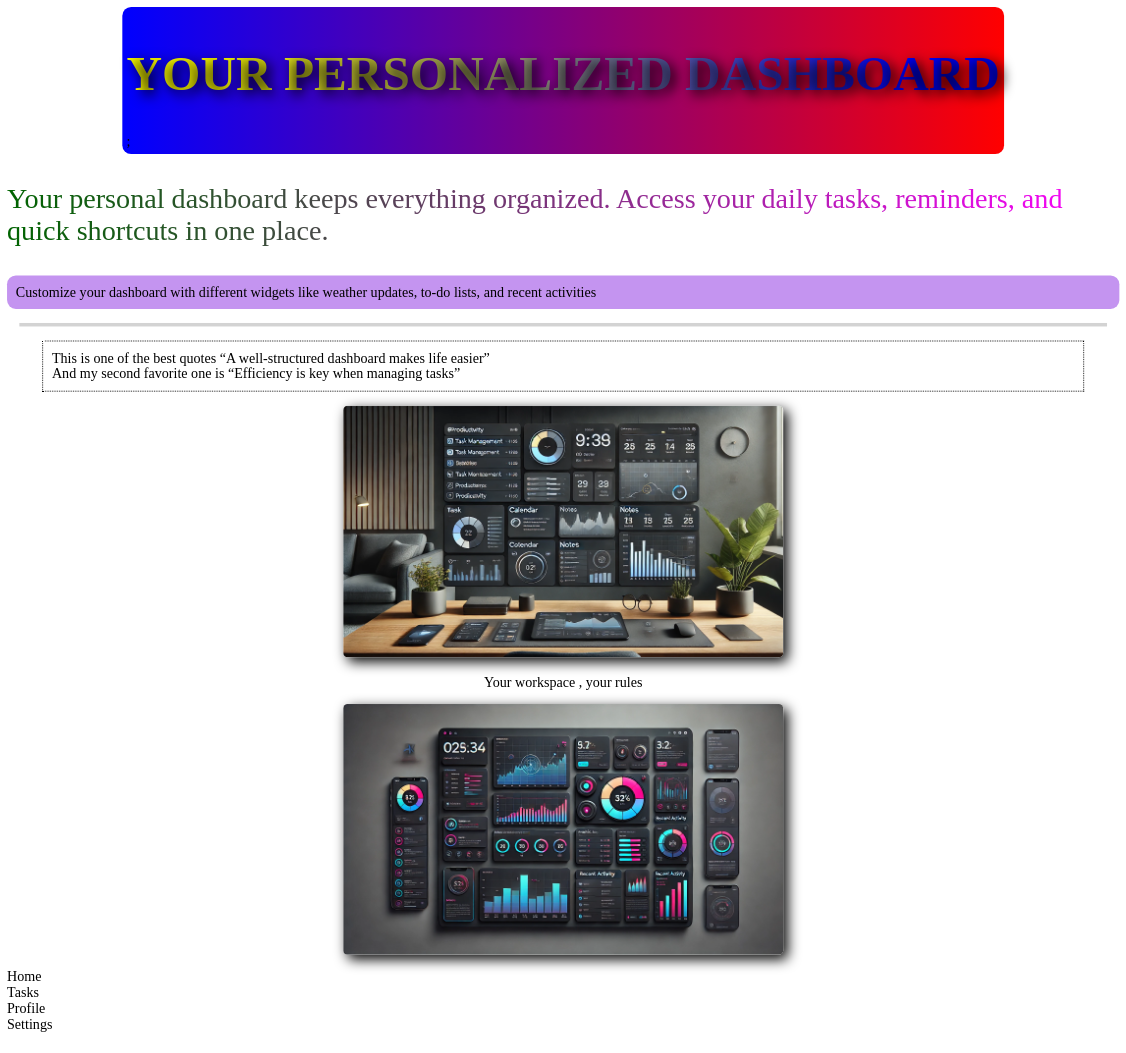
Repository: Parnicoza/testecomplete
Page: testcomplet-14.html
The author's editor kept a copy of each file at every save. The page is drawn from the files as they stood at one save, then again after the next save.
The browser window is 1280 px wide. The pictures show the whole page, at 88% of full size.

Above is the page before, as saved 2025-02-24 18:24:50.

### testcomplet-14.html
<!DOCTYPE html>
<html lang="en">
    <head>
        <title>Personal Dashboard</title>
        <link rel="stylesheet" href="stilizaretestcomplet-14.css">
        <link rel="icon" href="imaginitestecomplete/dashboard.ico">
    </head>
    <body>
        <div class="background-for-the-heading">
         <h1 class="main-heading">Your Personalized Dashboard</h1>;
        </div>

        <p class="paragraph-gradient">Your personal dashboard keeps everything organized. Access your daily tasks, reminders, and quick shortcuts in one place.</p>

        <p class="semi-transparent-background">Customize your dashboard with different widgets like weather updates, to-do lists, and recent activities</p>

        <hr class="divider">

        <blockquote class="quote">
           This is one of the best quotes <q>A well-structured dashboard makes life easier</q> <br>
           And my second favorite one is <q>Efficiency is key when managing tasks</q>
        </blockquote>

        <img src="imaginitestecomplete/productivity.jpg" alt="productivity image" width="500 px" class="image" title="Productivity image">

        <picture class="picture">
            <source media="(min-width: 800px)" srcset="imaginitestecomplete/dashboard.jpg">
            <source media="(min-width: 600px)" srcset="imaginitestecomplete/dashboardfortablets.jpg">
            <source media="(min-width: 400px)" srcset="imaginitestecomplete/dashboardformobile.jpg">
            <div style="text-align: center; margin: 15px; margin-top: 20px;">
             <caption class="caption">Your workspace , your rules</caption>
            </div>
            <img src="imaginitestecomplete/dashboardfallback.jpg" alt="dashboard image" width="500 px" class="image" title="Dashboard image">
        </picture>

        <div class="Dashboard">
            <div class="sidebar">
                <ul class="list">
                    <li>Home</li>
                    <li>Tasks</li>
                    <li>Profile</li>
                    <li>Settings</li>
                </ul>
            </div>
        </div>
    </body>
</html>

### stilizaretestcomplet-14.css
.main-heading{
    text-align: center;
    text-transform: uppercase;
    text-shadow: 5px 5px 15px black;
    font-size: 3.5em;
    background: linear-gradient(to right, yellow 0%, yellow 10%, blue 90%, blue 100%);
    background-clip: text;
    color: transparent;
}

.background-for-the-heading{
    background: linear-gradient(to right, blue, red);
    width: fit-content;
    margin: auto;
    padding: 5px;
    border-radius: 10px;
}

.paragraph-gradient{
    background: linear-gradient(to right, darkgreen, magenta);
    background-clip: text;
    color: transparent;
    font-size: 2em;
}

.semi-transparent-background{
    background-color: rgba(138, 43, 226, 0.5);
    border-radius: 10px;
    padding: 10px;
    color: black;
}
.quote{
    border: 1px dotted black;
    padding: 10px;
}

.divider{
    border: none;
    height: 4px;
    background-color: lightgray;
    border: 3pz dotted black;
    margin: 14px;

}

.image{
    border-radius: 5px;
    box-shadow: 5px 5px 15px black;
    display: block;
    margin: 0 auto;
}

.caption{
    text-align: center;
    font-style: italic;
    font-size: 1.5em;
    display: block;
    margin: 0 auto;
    width: 100%;
}

.Dashboard{
    display: flex;
}

.sidebar{
    display: flex;
    flex-direction: column;
    height: 100%;

}

.list{
    list-style-type: none;
    padding: 0;
}

.sidebar{
    float: left;
}

After the next save:
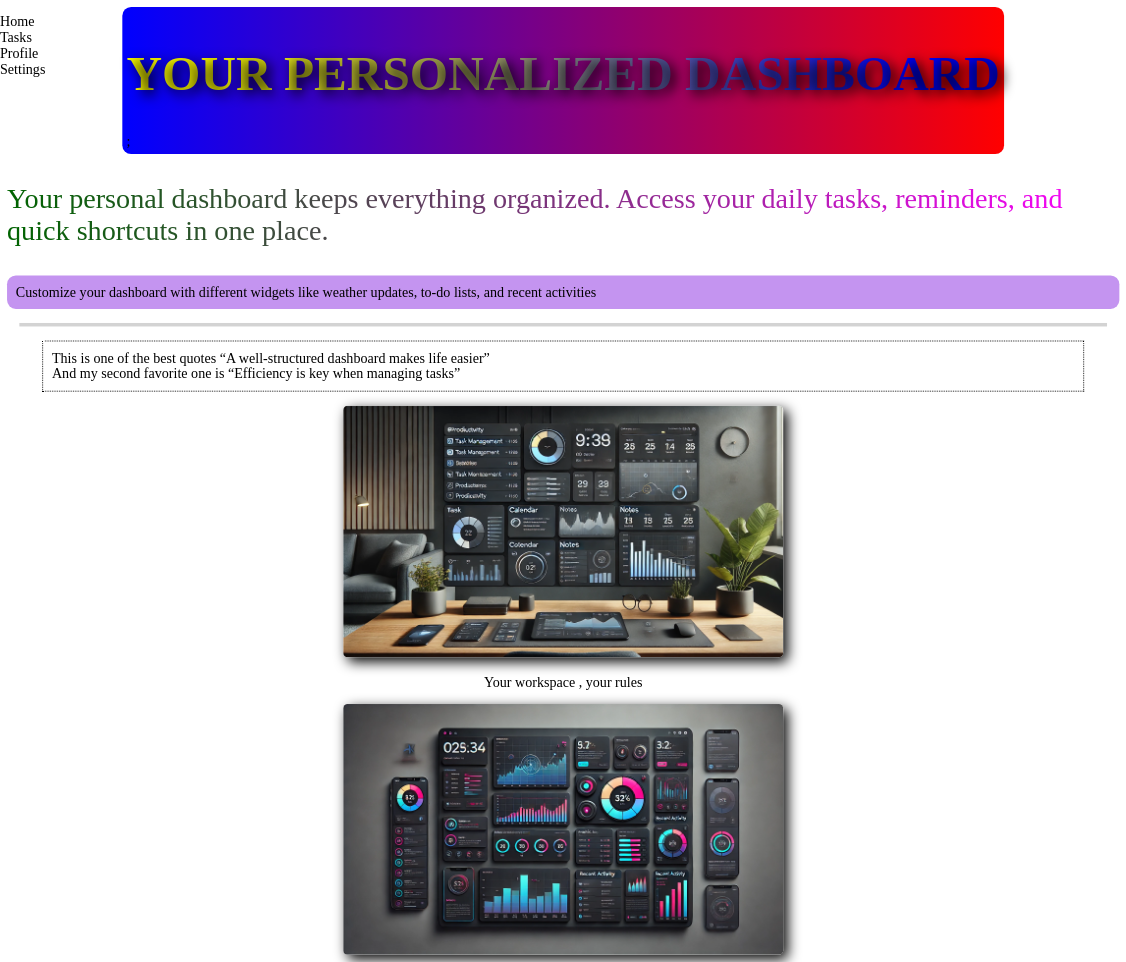
Saved 7 min 2 s later.
--- a/stilizaretestcomplet-14.css
+++ b/stilizaretestcomplet-14.css
@@ -66,7 +66,11 @@
 .sidebar{
     display: flex;
     flex-direction: column;
-    height: 100%;
+   width: 250px;
+   position: fixed;
+   left: 0;
+   top: 0;
+   height: 100vh;
 
 }
 
